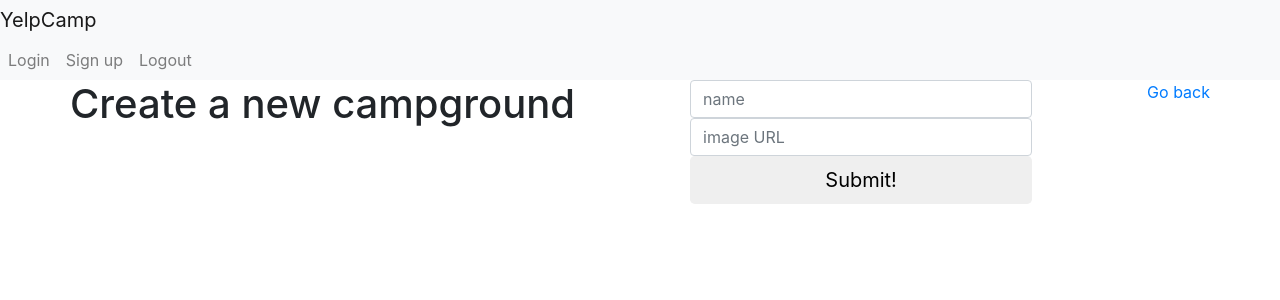
Repository: DevIvanVarela/the-web-developer-bootcamp
Page: http://localhost/campgrounds/new
The author's editor kept a record of every edit. The page is drawn from the files as they stood at one moment, then again after the next edit.
The browser window is 1280 px wide. The pictures show the whole page.
The page is served by the project's Node server (YelpCamp/v1/app.js).

Above is the page before.

After the next edit:
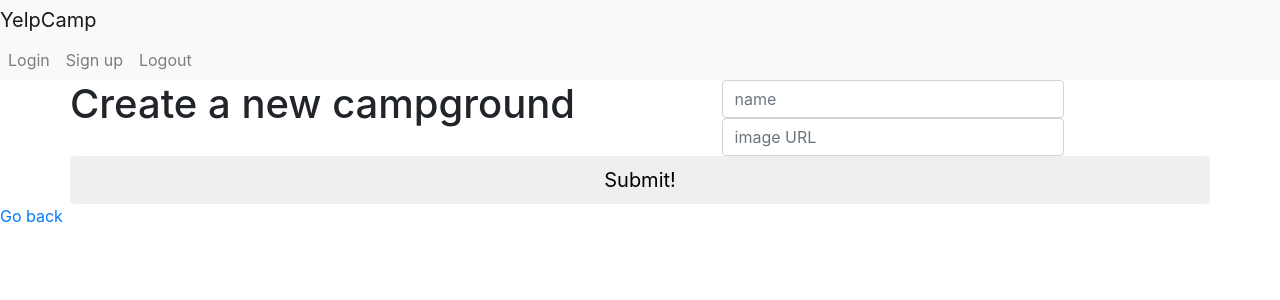
The edit:
--- a/workspace/YelpCamp/v1/views/new.ejs
+++ b/workspace/YelpCamp/v1/views/new.ejs
@@ -4,9 +4,13 @@
         <h1>Create a new campground</h1>
         <div style="width: 30%; margin: 0 auto;">
             <form action="/campgrounds" method="POST">
+                <div class="from-group">
                 <input class="form-control" type="text" name="name" placeholder="name">
+                </div>
                 <input class="form-control" type="text" name="image" placeholder="image URL">
+                </div>
                 <button class="btn btn-lg btn-default btn-block">Submit!</button>
+                </div>
             </form>
         </div>
         <a href="/campgrounds">Go back</a>

After the edit that followed:
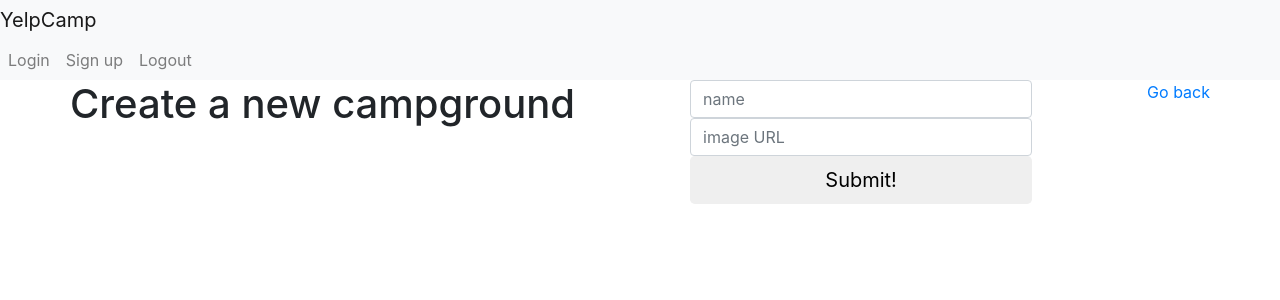
The edit:
--- a/workspace/YelpCamp/v1/views/new.ejs
+++ b/workspace/YelpCamp/v1/views/new.ejs
@@ -5,11 +5,13 @@
         <div style="width: 30%; margin: 0 auto;">
             <form action="/campgrounds" method="POST">
                 <div class="from-group">
-                <input class="form-control" type="text" name="name" placeholder="name">
+                    <input class="form-control" type="text" name="name" placeholder="name">
                 </div>
-                <input class="form-control" type="text" name="image" placeholder="image URL">
+                <div class="from-group">
+                    <input class="form-control" type="text" name="image" placeholder="image URL">
                 </div>
-                <button class="btn btn-lg btn-default btn-block">Submit!</button>
+                <div class="from-group">
+                    <button class="btn btn-lg btn-default btn-block">Submit!</button>
                 </div>
             </form>
         </div>
